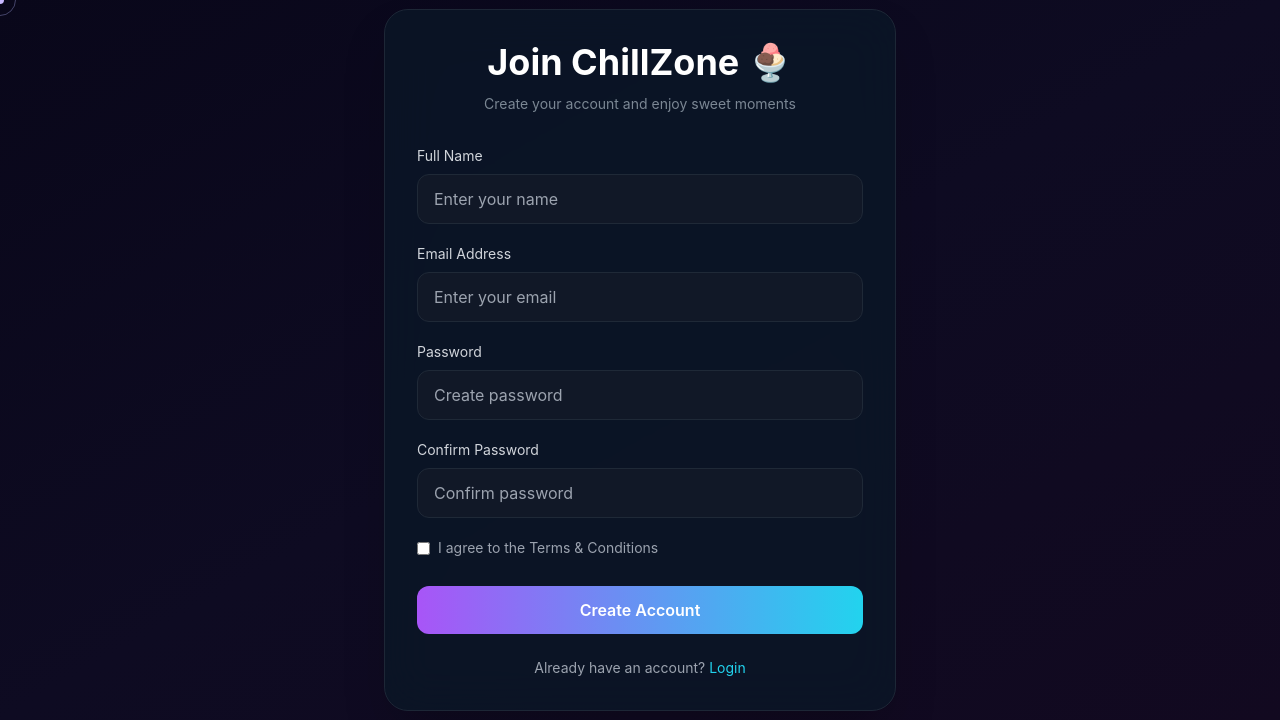
Repository: AMIREDDYRAKEY/chill-zone-
Page: /register
The author's editor kept a copy of each file at every save. The page is drawn from the files as they stood at one save, then again after a run of saves.
The browser window is 1280 px wide. The pictures show the whole page.
The project was rebuilt for these pictures with package versions that can differ from the ones it lists, and the page was loaded fresh each time. Also part of the build but not shown: vite.config.js, src/components/Login.jsx, src/components/Navbar.jsx, src/components/Hero.jsx, src/components/Marquee.jsx, src/components/TabsMenu.jsx, src/components/Ourspecialites.jsx, src/components/Aboutus.jsx and 3 more.

Above is the page before, as saved 2026-05-07 14:37:15.

After the next 2 saves:
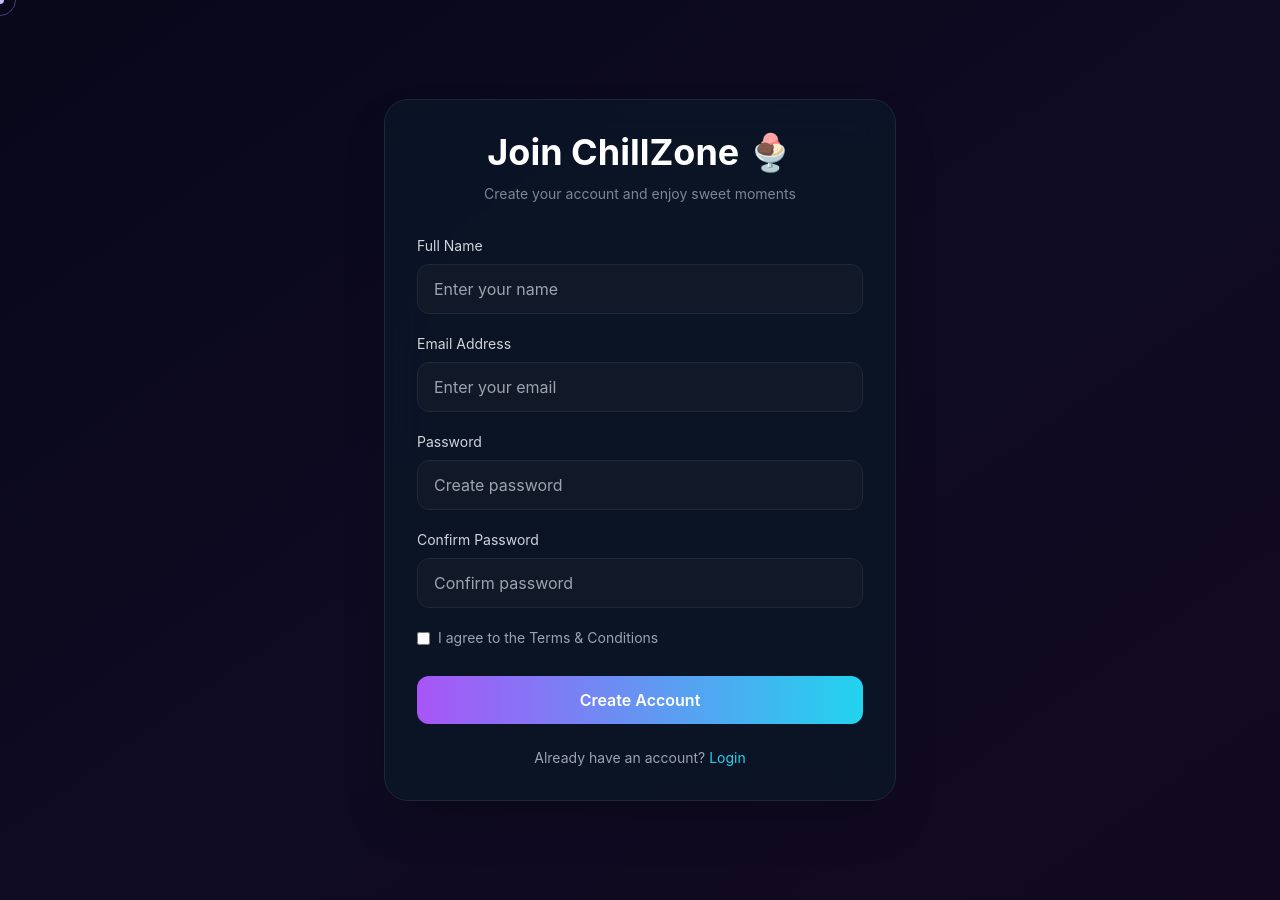
The 2 saves are shown as one change because they came seconds apart.
The last was saved 29 s later.
--- a/src/components/Register.jsx
+++ b/src/components/Register.jsx
@@ -4,7 +4,7 @@ import React from 'react'
 
 const Register = () => {
   return (
-    <div className="min-h-screen flex items-center justify-center px-4 bg-gradient-to-br from-[#09071a] via-[#0e0b22] to-[#120920]">
+    <div className="h-[900px] flex items-center justify-center px-4 bg-gradient-to-br from-[#09071a] via-[#0e0b22] to-[#120920]">
 
       <div className="w-full max-w-lg bg-[#0a1727]/80 backdrop-blur-xl border border-[#1d2736] rounded-3xl p-8 shadow-2xl">
 
